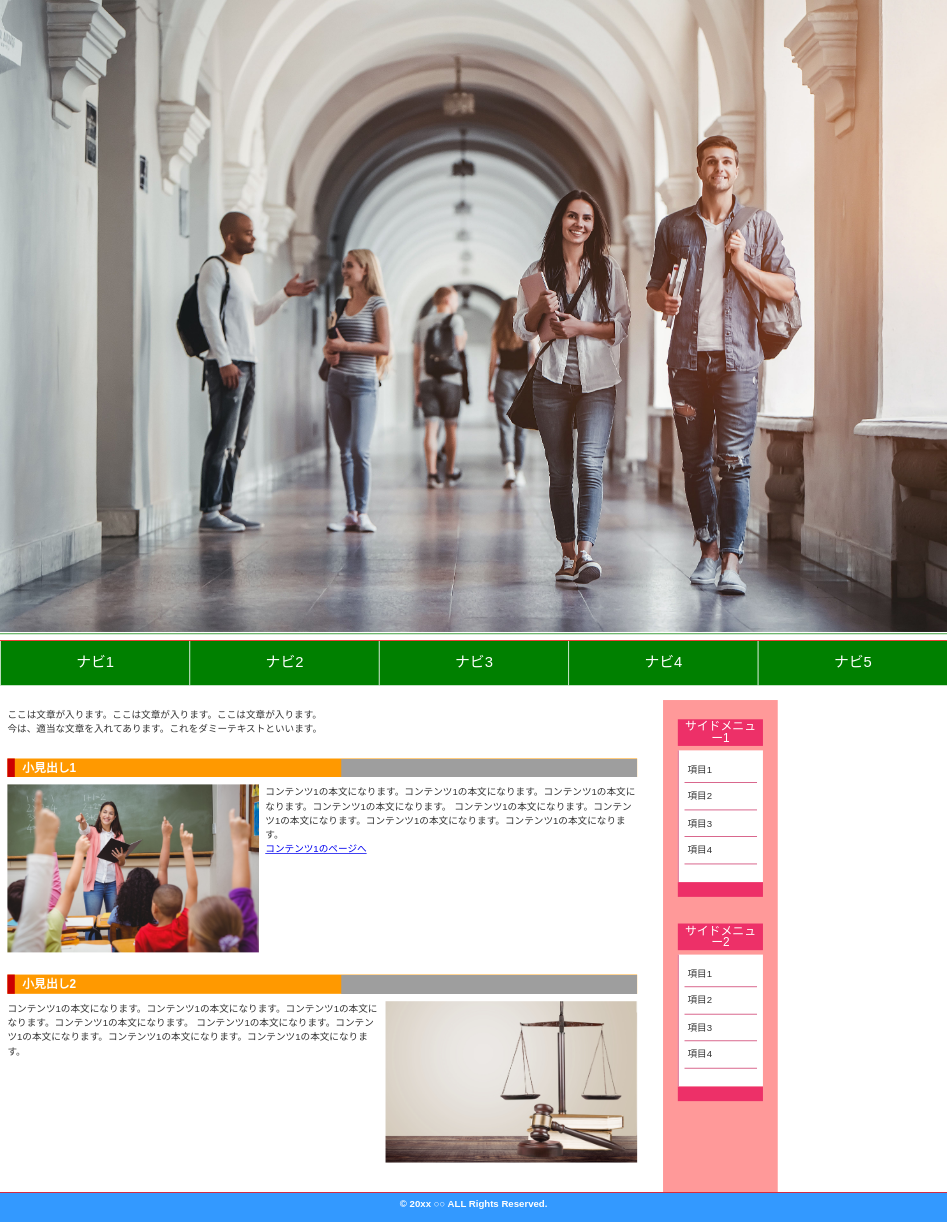
Repository: Daisuke0108-bit/samurai_HTML-CSS
Page: Test.html
The author's editor kept a record of every edit. The page is drawn from the files as they stood at one moment, then again after the next edit.
The browser window is 1280 px wide. The pictures show the whole page, at 74% of full size.
Pictures or frames that could not be fetched are drawn as grey boxes.

Above is the page before.

### Test.html
<!DOCTYPE html>
<html lang="ja">
<head>
    <meta charset="UTF-8">
    <title>HTML/CSSの学習</title>
    <link rel="stylesheet" href="stylesheet.css">
</head>
<body>
    <div id="header">
        <h1><a href="index.html"><img id="corridor" src="images/corridor.jpg" alt="大学の廊下"></a></h1>
    </div><!-- header -->

    <div id="wrapper">
        <div id="nav">
            <ul>
                <li><a href="home.html">ナビ1</a></li>
                <li><a href="">ナビ2</a></li>
                <li><a href="">ナビ3</a></li>
                <li><a href="">ナビ4</a></li>
                <li><a href="">ナビ5</a></li>
            </ul>
        </div><!-- nav -->

        <div id="container">

            <div id="main">
                <div class="post">
                    <p>ここは文章が入ります。ここは文章が入ります。ここは文章が入ります。<br />今は、適当な文章を入れてあります。これをダミーテキストといいます。</p>
                </div><!-- post -->
                <div class="post clearfix">
                    <h2>小見出し1</h2>
                    <img class="left" src="images/classroom.jpg" alt="授業風景"></img>
                    <p>
                         コンテンツ1の本文になります。コンテンツ1の本文になります。コンテンツ1の本文になります。コンテンツ1の本文になります。
                         コンテンツ1の本文になります。コンテンツ1の本文になります。コンテンツ1の本文になります。コンテンツ1の本文になります。
                    </p>
                    <p><a href="#">コンテンツ1のページへ</a></p>
                </div><!-- post clearfix -->
                <div class="post clearfix">
                    <h2>小見出し2</h2>
                    <img class="right" src="images/scale.jpg" alt="天秤"></img>
                    <p>
                         コンテンツ1の本文になります。コンテンツ1の本文になります。コンテンツ1の本文になります。コンテンツ1の本文になります。
                         コンテンツ1の本文になります。コンテンツ1の本文になります。コンテンツ1の本文になります。コンテンツ1の本文になります。
                    </p>
                </div><!-- post clearfix -->
            </div><!-- main -->

            <div id="side">
                <div class="box">
                    <h2>サイドメニュー1</h2>
                    <div class="boxBody">
                        <ul>
                            <li>項目1</li>
                            <li>項目2</li>
                            <li>項目3</li>
                            <li>項目4</li>
                        </ul>
                    </div><!-- boxBody -->
                </div><!-- box -->

                <div class="box">
                    <h2>サイドメニュー2</h2>
                    <div class="boxBody">
                        <ul>
                            <li>項目1</li>
                            <li>項目2</li>
                            <li>項目3</li>
                            <li>項目4</li>
                        </ul>
                    </div><!-- boxBody -->
                </div><!-- box -->

            </div><!-- side -->
        </div><!-- container -->

    </div><!-- /wrapper -->

    <div id="footer">
        <p>&copy; 20xx ○○ ALL Rights Reserved.</p>
    </div>

</body>
</html>

### stylesheet.css
@charset "utf-8";

body {
    margin: 0;
    padding: 0;
    font-family: "ヒラギノ角ゴ Pro W3", "Hiragino Kaku Gothic Pro", "メイリオ", Meiryo, "MS Pゴシック", "MS PGothic", sans-serif;
    color: #333;
    font-size: 13px;
    line-height: 150%;
    outline: 1px solid blue;
}


/*------------------ wrapper ------------------ */
#wrapper {
    width: 100%;
    margin: auto;
    padding: 0px;
    border: 0px;
    background-color: #FFF;
    top: 10px;
    position: relative;
    outline: 1px solid red;
}

/*------------------ header ------------------ */
#header {
    width: 100%;
    outline: 1px solid green;
}

#header h1 {
    margin: 0;
    padding: 0;
}

#corridor {
    width: 100%;
    height: auto;
}

/*------------------ footer ------------------ */
#footer {
    clear: both;
    width: 100%;
    padding: 3px 0 3px 0;
    background: #39F;
    color: #FFF;
    font-weight: bold;
    text-align: center;
}

/*------------------ nav ------------------ */
#nav {
    width: 100%;
}
#nav ul {
    display: flex;
    margin: 0;
    padding: 0;
    list-style-type: none;
}
#nav ul li {
    /*float: left;*/
    width: 20%;
    text-align: center;
}
#nav ul li a {
    display: block;
    height: 20px;
    margin: 0;
    padding: 20px;
    color: #FFF;
    font-size: 20px;
    text-decoration: none;
    background-color: green;
    border-left: 1px solid white;
}

#nav ul li a:hover {
    filter: drop-shadow(10px 10px 10px black);
}

/*------------------ container ------------------ */
#container {
    width: 100%;
    margin: auto;
    padding-top: 20px;
    clear: both;
    display: grid;
    grid-template-columns: 70vw 30vw;
}

/*------------------ main ------------------ */
#main {
    /*float: left;*/
    /*width: 60%;*/
    width: 95%;
    padding: 10px 30px 10px 10px;
}
#main h2 {
    margin: 0 0 10px 0;
    padding: 3px 10px 3px 10px;
    color: #FFF;
    font-size: 16px;
    border-left: solid 10px #c00;
    background: #F90 url(../images/main_h2.jpg) right top repeat-y;
}
#main p {
    margin: 0;
    padding: 0;
}
#main .post {
    margin: 0 0 30px 0;
}
#main .post img.right {
    margin: 0 0 0 8px;
}
#main .post img.left {
    margin: 0 8px 0 0;
}
.right {
    float: right;
    width: 40%;
    height: auto;
}
.left {
    float: left;
    width: 40%;
    height: auto;
}

/*------------------ clearfix ------------------ */
.clearfix {
    zoom: 1;
}
.clearfix:after {
    content: "";
    display: block;
    clear: both;
}

/*------------------ side ------------------ */
#side {
    /*float: right;*/
    width: 30%;
    padding: 20px;
    background-color: #F99;
}
#side .box {
    margin: 0 auto 30px auto;
    padding: 0 0 20px 0;
    background: url(images/side_box.png) bottom no-repeat;
}
#side .box h2 {
    margin: 0;
    padding: 8px;
    text-align: center;
    color: #fff;
    font-size: 16px;
    line-height: 16px;
    font-weight: normal;
    background: url(images/side_box_h2.png) center no-repeat;
}
#side .box .boxBody {
    padding: 8px;
    border-right: solid 1px #C36
    border-bottom: solid 1px #C36;
    border-left: solid 1px #C36;
    background: #fff;
}
#side .box .boxBody ul {
    margin: 0 0 16px 0;
    padding: 0;
}
#side .box .boxBody ul li {
    padding: 8px 0 8px 4px;
    list-style: none;
    border-bottom: solid 1px #C36;
}

#side .box .boxBody ul li:hover {
    padding: 8px 0 8px 4px;
    list-style: none;
    border-bottom: solid 1px #C36;
    box-shadow: 0px 4px 4px rgba(0, 0, 0, 0.3);
}

After the next edit:
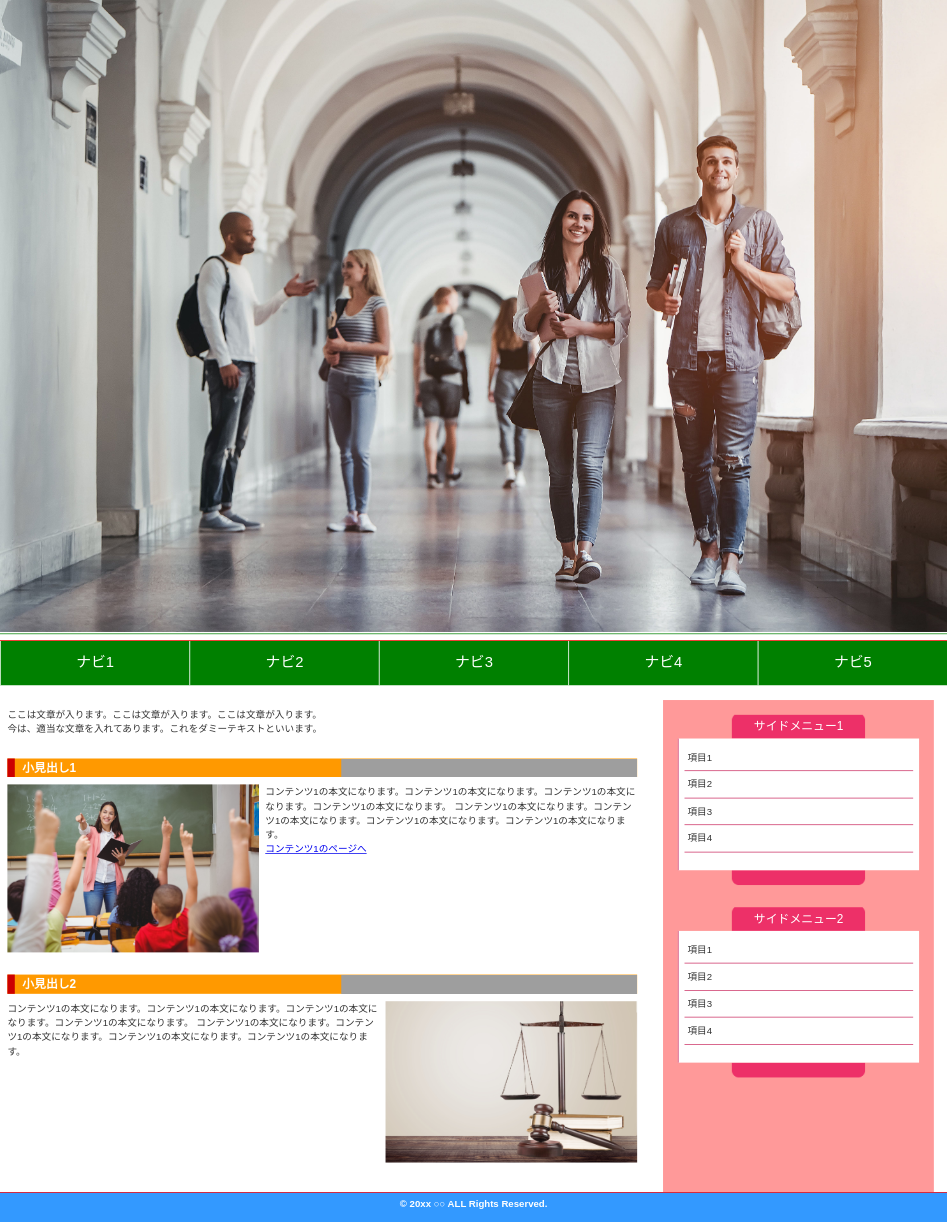
The edit:
--- a/stylesheet.css
+++ b/stylesheet.css
@@ -143,7 +143,8 @@
 /*------------------ side ------------------ */
 #side {
     /*float: right;*/
-    width: 30%;
+    /*width: 30%;*/
+    width: 85%;
     padding: 20px;
     background-color: #F99;
 }
